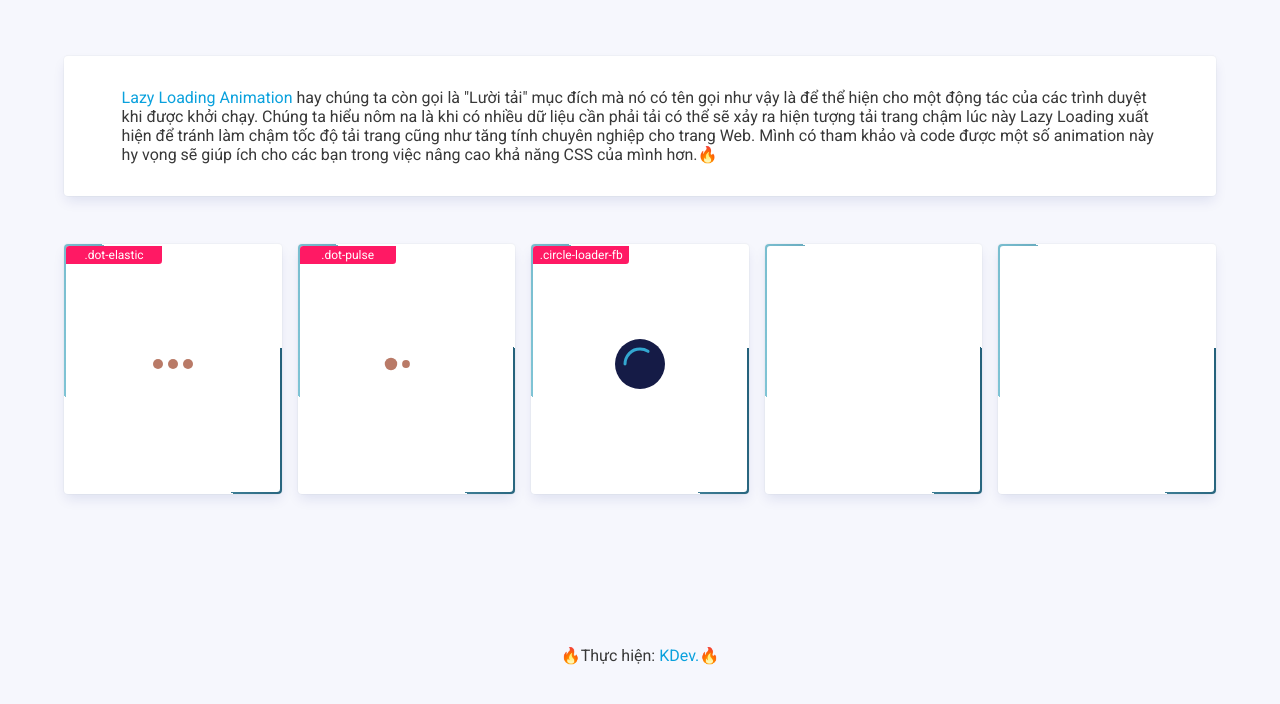
Repository: haokiet2501/lazy-loader-animation
Page: index.html
These files come from the project's save history. The page is drawn as it stood at one moment and after a run of saves; the edit follows.
The browser window is 1280 px wide. The pictures show the whole page.
The style sheet was rebuilt from its Sass, Less or Tailwind sources for each picture, by a compiler version that may differ from the author's.

Above is the page before, as saved 2022-05-07 01:27:45.

After the next 2 saves:
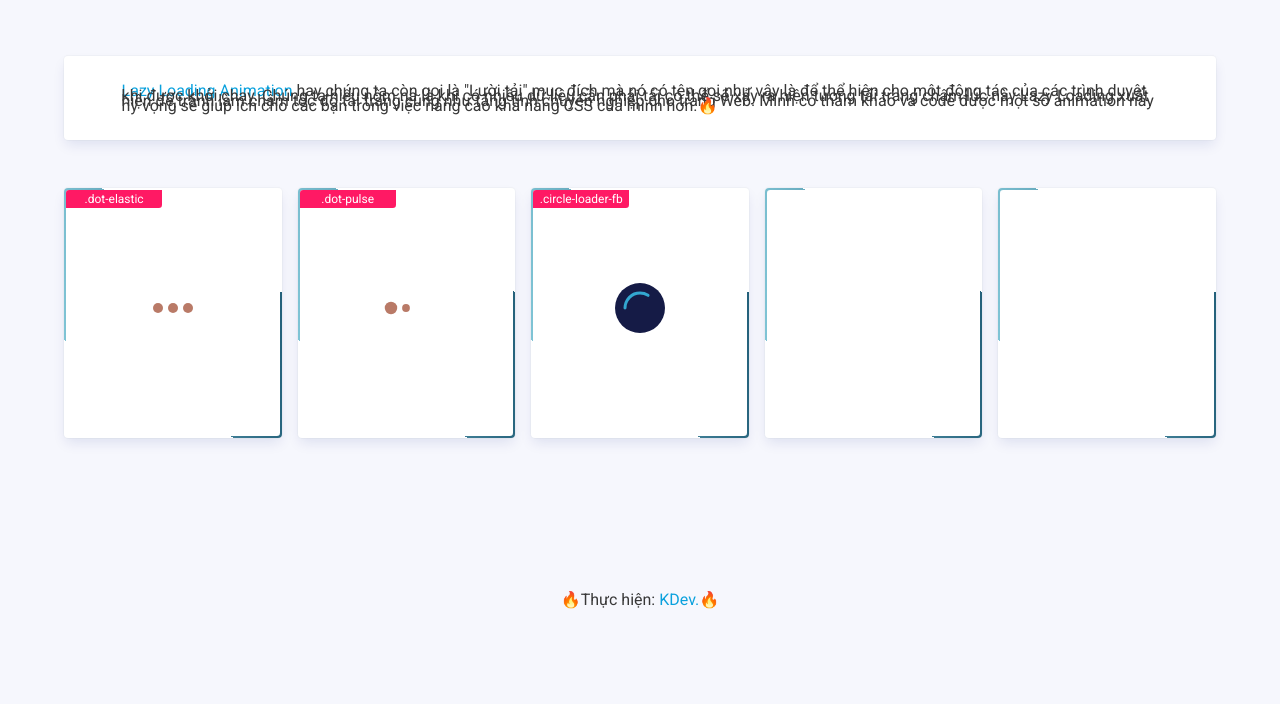
The 2 saves are shown as one change because 1 did not build or start.
The last was saved 64 s later.
--- a/sass/styles.scss
+++ b/sass/styles.scss
@@ -13,6 +13,7 @@ $color-text: #383838;
     box-shadow: 0 .4rem .8rem -.1rem rgba(0, 32, 128, .1), 0 0 0 1px #f0f2f7;
     border-radius: .25rem;
     color: $color-text;
+    line-height: 5px;
 }
 
 .row {
